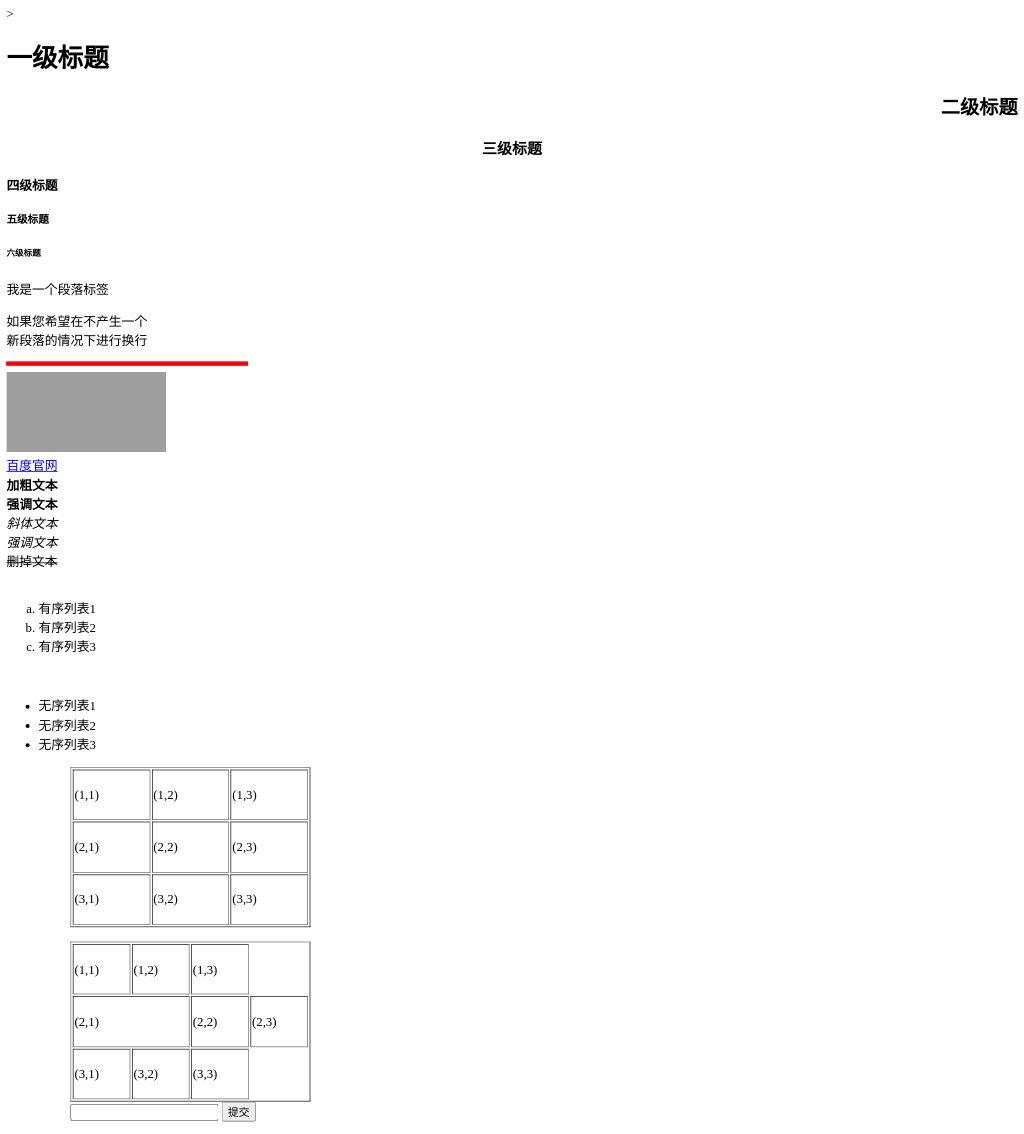
Repository: yuanliumaker/html-css-js
Page: hello.html
The author's editor kept a copy of each file at every save. The page is drawn from the files as they stood at one save, then again after the next save.
The browser window is 1280 px wide. The pictures show the whole page, at 80% of full size.
Pictures or frames that could not be fetched are drawn as grey boxes.

Above is the page before, as saved 2025-08-29 11:03:20.

### hello.html
<!DOCTYPE html>
<html lang="en">
<head>
    <meta charset="UTF-8">
    <meta name="viewport" content="width=device-width, initial-scale=1.0">
    <title>Document</title>
</head>
<body>
    <!--标题-->>
    <h1 align="left">一级标题</h1>
    <h2 align="right">二级标题</h2>
    <h3 align="center">三级标题</h3>
    <h4>四级标题</h4>
    <h5>五级标题</h5>
    <h6>六级标题</h6>
    <!--段落-->
    <!-- br表示换行 hr表示水平线 width属性表示水平线的宽度 size 表示线的高度 -->
    <p>我是一个段落标签</p>
    <p>如果您希望在不产生一个<br>新段落的情况下进行换行</p>
    <hr color="red" width="300px" size="5px" align="left">
    <!--img 图片 src:图片路径 widht 图片宽度 height 高度-->
    <img src="https://www.runoob.com/wp-content/uploads/2014/04/html-logo.png" alt="这是图片无法显示时的替代文字" title="鼠标悬停时显示的文字" width="200px" height="100px">

    <br>
    <!---超文本链接
    使用标签<a>来设置超文本链接 href属性表示链接的地址-->
    <a href="https://www.baidu.com">百度官网</a>

    <!--文本-->
    <br>
        <b>加粗文本</b><br>
        <strong>强调文本</strong><br>
        <i>斜体文本</i><br>
        <em>强调文本</em><br>
        <del>删掉文本</del><br>
    <!--列表:外面用ol包裹，每一条用li-- 且有属性type 1 a A i I--和latex 列表可以嵌套-->
    <br>
    <ol type="a">
        <li>有序列表1</li>
        <li>有序列表2</li>
        <li>有序列表3</li>
    </ol>
    <br>
    <!--无序列表-- type属性 disc：默认实心圆 circle：空心圆 square：方块 none:无-->
    <ul >
        <li>无序列表1</li>
        <li>无序列表2</li>
        <li>无序列表3</li>
    <ul>



    <!--表格 tr：行 td:列 border:设置表格的边框 width:设置表格宽度 height:表格高度-->
    <br>
    <table border="1" width="300px" height="200px">
        <tr>
            <td>(1,1)</td>
            <td>(1,2)</td>
            <td>(1,3)</td>
        </tr>
        <tr>
            <td>(2,1)</td>
            <td>(2,2)</td>
            <td>(2,3)</td>
        </tr>
        <tr>
            <td>(3,1)</td>
            <td>(3,2)</td>
            <td>(3,3)</td>
        </tr>
    </table>



    <!--表格之合并 rowspan:合并行 colspan:列合并 如colspan="2"表示合并2个单元格-->
    <br>
    <table border="1" width="300px" height="200px">
        <tr>
            <td>(1,1)</td>
            <td>(1,2)</td>
            <td>(1,3)</td>
        </tr>
        <tr>
            <td colspan="2">(2,1)</td>
            <td>(2,2)</td>
            <td>(2,3)</td>
        </tr>
        <tr>
            <td>(3,1)</td>
            <td>(3,2)</td>
            <td>(3,3)</td>
        </tr>
    </table>

    <!--表单，表单在web 网页中用来给用户填写信息，从而能采用用户信息，使网页具有交互的功能
    所有的用户输入内容的地方都是用表单来填写，如登录注册、搜索框等-->
    <!--表单是由容器和控件组成的，一个表单一般应该包含用户填写信息的输入框，按钮等，这些输入
    框，按钮叫做空间，表单就是容器，他能够容纳各种各样的控件-->
    <!--action:服务器地址 method:数据发送方式 post/get  name:表单名称
    input:输入框 button:按钮-->
    <form action="",method="get",name="form1">
        <input>
        <button>提交</button>
    </form>

</body>
</html>

After the next save:
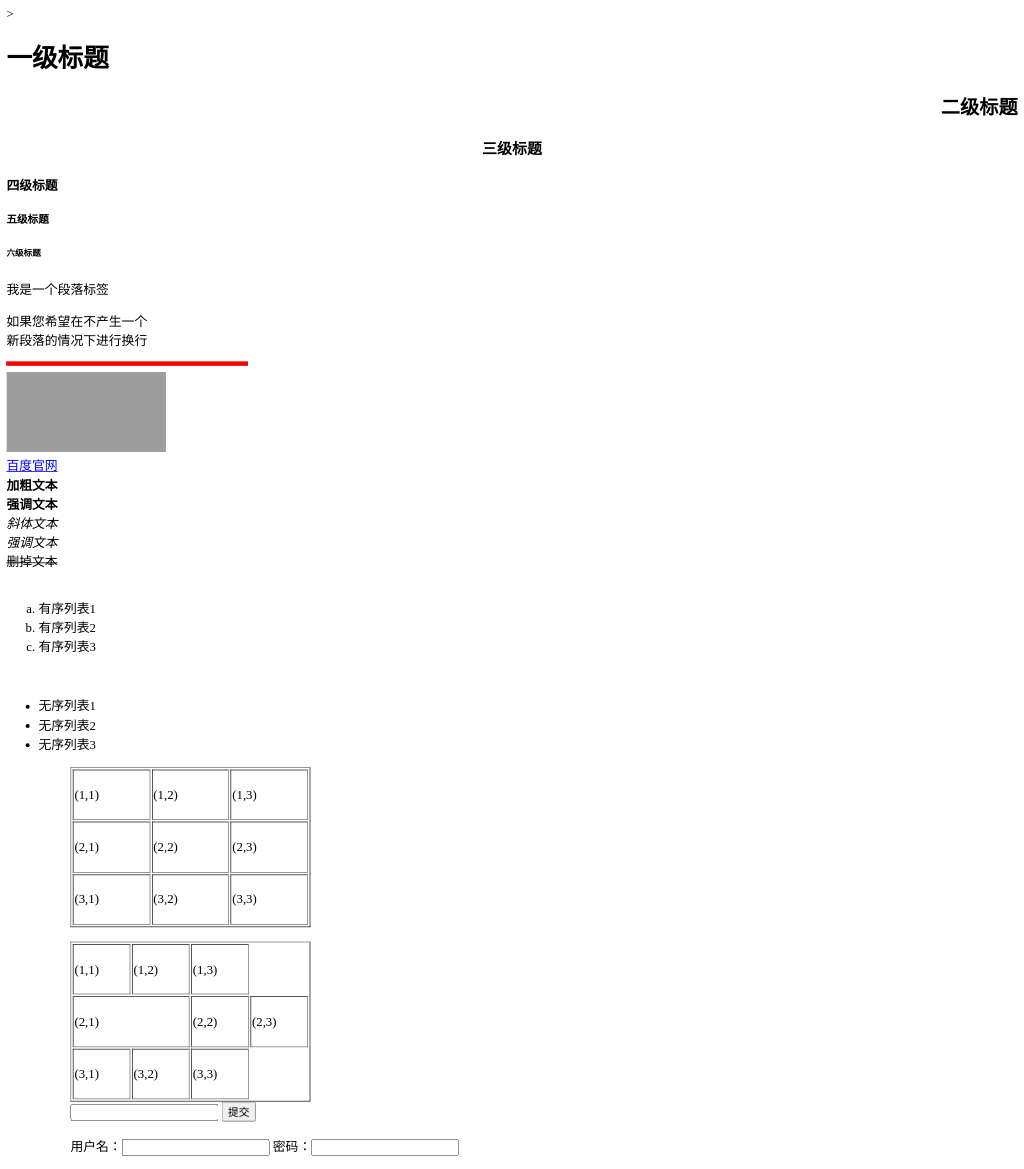
Saved 9 min 59 s later.
--- a/hello.html
+++ b/hello.html
@@ -103,5 +103,11 @@
         <button>提交</button>
     </form>
 
+    <br>
+    <form>
+        用户名：<input type="text">
+        密码：<input type="password">
+    </form>
+
 </body>
 </html>
